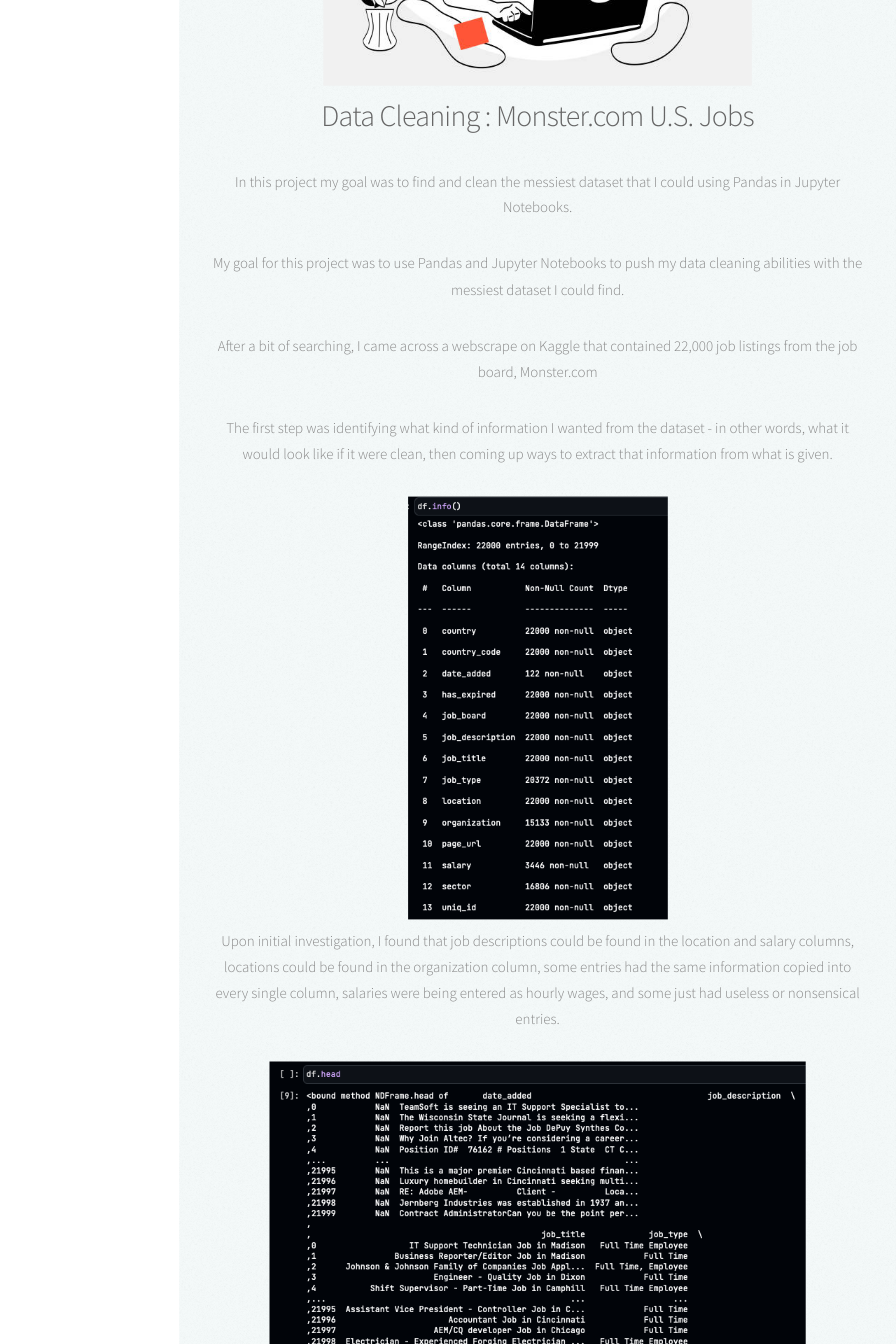
Repository: VictoriaTCNguyen/VictoriaTCNguyen
Page: index.html
These files come from the project's save history. The page is drawn as it stood at one moment and after the next save; the edit follows.
The browser window is 1280 px wide. The pictures show the part of the page from y = 809 to 2729 px (the page is 12324 px tall before and 12207 px after), at 70% of full size.

Above is the page before, as saved 2023-06-13 18:56:33.

### index.html
<!DOCTYPE HTML>
<!--
	Prologue by HTML5 UP
	html5up.net | @ajlkn
	Free for personal and commercial use under the CCA 3.0 license (html5up.net/license)
-->
<html>
	<head>
		<title>Victoria Nguyen's Portfolio </title>
		<meta charset="utf-8" />
		<meta name="viewport" content="width=device-width, initial-scale=1, user-scalable=no" />
		<link rel="stylesheet" href="assets/css/main.css" />
		<link rel="icon" href="/images/woman-technologist-light-skin-tone_1f469-1f3fb-200d-1f4bb.png">
	</head>
	<body class="is-preload">

		<!-- Header -->
			<div id="header">

				<div class="top">

					<!-- Logo -->
						<div id="logo">
							<span class="image avatar48"><img src="images/VN_LinkedIn.jpg" alt="" /></span>
							<h1 id="title">Victoria Nguyen</h1>
							<p>Data Analyst</p>
						</div>

					<!-- Nav -->
						<nav id="nav">
							<ul>
								<li><a href="#top" id="top-link"><span class="icon solid fa-home">Intro</span></a></li>
								<li><a href="#portfolio" id="portfolio-link"><span class="icon solid fa-th">Python: Monster Jobs </span></a></li>
								<li><a href="#portfolio2" id="portfolio-link"><span class="icon solid fa-th">R: Consumer Traits in Buying Fruits </span></a></li>
								<li><a href="#portfolio3" id="portfolio-link"><span class="icon solid fa-th">Python: Predicting Airline Customer Satisfaction</span></a></li>
								<li><a href="#portfolio4" id="portfolio-link"><span class="icon solid fa-th">Tableau Dashboard: Video Game Sales </span></a></li>
								<li><a href="#resume" id="resume-link"><span class="icon solid fa-paperclip">Resume</span></a></li>
								<li><a href="#about" id="about-link"><span class="icon solid fa-user">About Me</span></a></li>
								<li><a href="#contact" id="contact-link"><span class="icon solid fa-envelope">Contact</span></a></li>
							</ul>
						</nav>

				</div>

				<div class="bottom">

					<!-- Social Icons -->
						<ul class="icons">
							<li><a href="#" class="icon brands fa-github"><span class="label">Github</span></a></li>
							<li><a href="#" class="icon solid fa-envelope"><span class="label">Email</span></a></li>
						</ul>

				</div>

			</div>

		<!-- Main -->
			<div id="main">

				<!-- Intro -->
					<section id="top" class="one dark cover">
						<div class="container">

							<header>
								<h2 class="alt">Hi! I'm <strong>Victoria Nguyen.</strong> </h2>
								<p>Proficient in R, Python, SQL, & Excel.</p>
							</header>

							<footer>
								<a href="#portfolio" class="button scrolly">View my Portfolio</a>
							</footer>

						</div>
					</section>


				<!-- Portfolio1 -->
				<section id="portfolio" class="two">
					<div class="container">

						<header>
							<img src="images/istockphoto-1411855202-612x612.jpg" alt="Image of Kaggle dataset">
							<h2>Data Cleaning : Monster.com U.S. Jobs</h2>
						</header>

						<p>In this project my goal was to find and clean the messiest dataset that I could using Pandas in Jupyter Notebooks.</p>

						<div class="center">
							<div class="col-4 col-12-mobile">

								<p> My goal for this project was to use Pandas and Jupyter Notebooks to push my data cleaning abilities with the messiest
									dataset I could find.</p>

								<p> After a bit of searching, I came across a webscrape on Kaggle that contained 22,000 job listings from the job board,
									Monster.com</p>

								<p> The first step was identifying what kind of information I wanted from the dataset - in other words, what it would look
									like if it were clean, then coming up ways to extract that information from what is given. </p>

								<img src="images/1a.png" alt="">

								<p>Upon initial investigation, I found that job descriptions could be found in the location and salary columns, locations
									could be found in the organization column, some entries had the same information copied into every single column, salaries
									were being entered as hourly wages, and some just had useless or nonsensical entries.  </p>

									<img src="images/1c.png" alt="">

								<p>The first issue I decided to tackle was the one I see most commonly in datasets: that multiple variables are being put into
									 the same column and need to be parsed into their own, proper variables. The ‘job_types’ variable had two separate ways of
									 distinguishing jobs from each other: full time vs. part time, and contract vs. employee. Other than that, this column was
									 nicely formatted and all I needed to do was pull the right substrings from each of them. </p>

								<img src="images/1b.png" alt="">

								<p>Next, I tackled the locations column, which quickly proved to be the most difficult.  A good chunk of these were just entire
									 job descriptions pasted in. My first idea was to shave off unwanted entries. As far as I’m aware, most location names
									 could be spelled out in 50 characters or less. In addition, if an entire job description was pasted into this column,
									  there would usually be a title, so I also searched for “Location:” in the longer entries. </p>

								<img src="images/1d.png" alt="">

								<p>After extracting the location from each of the job entries, I decided to pull the state & zip code from each location. </p>

								<img src="images/1e.png" alt="">

								<p>I then ran into an unexpected issue. Because state names are entered either by spelling out their full name or by their two
									letter abbreviation, I thought I could simply search for any substring containing the abbreviated state names. However,
									 many job descriptions would use capital letters in one way or another - whether it was the entire job description being
									 capitalized or using capitalization to emphasize whole words or titles. Either way, I had to find a way around it. Thus,
									  I used regex to find the two capital letters together with non-capital characters before and after.
								</p>
								<img src="images/1f.png" alt="">

								<p>Now that the states were sorted, I moved onto the zipcodes. Thankfully, from the previous step, I was able to tinker with
									a regex and similarly used one to pull strings containing five consecutive digits. This also kept me from accidentally
									pulling any phone numbers that made it into this column. </p>

								<img src="images/1g.png" alt="">

								<p>The last bulk of my work was fixing the salary column. I had my work set out for me because I could see that it was a
									jumble of salaries, hourly wages, vague descriptions of what their compensation might be, or just other benefits that
									didn’t help candidates understand what pay they should be expecting. </p>

								<img src="images/1h.png" alt="">

								<p>I extracted all entries that mentioned “yearly” and “hourly”, and swapped the hourly salaries that were too outrageous
									 to be true to yearly salaries, and vice-versa. I then shaved off excess characters to get plain numbers, then converted
									 hourly wages to salaries. </p>

								<img src="images/1i.png" alt="">

								<p> Finally, the data was ready to be analyzed.</p>

								<img src="images/1j.png" alt="">

								<p></a></p>
							</div>
						</div>

					</div>
				</section>

				<!-- Portfolio2 -->
				<section id="portfolio2" class="two">
					<div class="container">

						<header>
							<h2>Consumer Traits in Buying Fruits</h2>
						</header>

						<p>
							The following is a presentation for STAT 167: Introduction to Data Science, where my partners and I conducted analysis on
							the consumer traits in relation to buying fruit.
						</p>

						<p>

							This involved using ANOVA, Kruskall Wallis, and chi-squared testing, as well as using logistic regression to find which characteristics
							are important when observing which customers purchased more fruit.

							<object data="/images/CustomerTraits in Purchasing Fruits.pdf" type="application/pdf" width="100%" height="500px">
								<p>Unable to display PDF file. <a href="/images/CustomerTraits in Purchasing Fruits.pdf">Download</a> instead.</p>
							  </object>

						</p>

						<div class="center" style = text-align:left;>
							<div class="col-4 col-12-mobile">

							</div>
						</div>

					</div>
				</section>

				<!-- Portfolio3 -->
				<section id="portfolio3" class="two">
					<div class="container">

						<header>
							<img src="/images/air-flights-concept-people-exit-from-airplane-go-towards-airport-terminal-group-business-people-tourists-with-luggage-men-women-near-arrived-plane-cartoon-flat-vector-illustration_165932-136.avif"
							alt="Image of Kaggle dataset"
							width="800"
     						height="400">
							<h2>Predicting Airline Customer Satisfaction</h2>
						</header>

						<p>
							In this project, I wanted to explore airline customer satisfaction data in hopes to gain a further understanding of
							what kind of information air travel businesses are interested in as well as further practicing my capabilities with data visualization
							and machine learning in Python.
						</p>

						<object data="/images/PredictingAirlineCustomerSatisfaction.pdf" type="application/pdf" width="100%" height="500px">
							<p>Unable to display PDF file. <a href="/images/PredictingAirlineCustomerSatisfaction.pdf">Download</a> instead.</p>
						  </object>

						<div class="center" style = text-align:left;>
							<div class="col-4 col-12-mobile">

							</div>
						</div>

					</div>
				</section>

				<!-- Portfolio4 -->
				<section id="portfolio4" class="two">
					<div class="container">

						<header>
							<img src="/images/istockphoto-1366567982-612x612.jpg" alt="Image of Kaggle dataset">
							<h2>Tableau Dashboard: Video Game Sales</h2>
						</header>

						<p> Video games have been a passion of mine since I was young. Even as I got older and took on more responsibilities that kept me from gaming with my
							brothers for hours, I would still keep an eye on what games were coming out to see what we would play next.
						</p>

						<p>
							Having played games for so long, I have basically watched the gaming landscape change around me throughout my life. I saw consoles come and go, huge
							companies merge,
							 and trends change between different genres and monetization methods.</p>

						<p>
							Because of this, I decided I wanted to make a dashboard that almost acted like an interactive time capsule for video games.
							While it lacks the context that a full timeline could provide, this dashboard allows the user to more easily visualize how
							video game sales for certain titles and categories compared to others during their release.
						</p>

						<p>
							To allow users to refine the results to their own interests, I made it so the dashboard could be filtered by different date
							frames, publishers, and game genres to get a better look at what was popular during different eras, rather than just an overall look at sales.
						</p>

						<p><div class='tableauPlaceholder' id='viz1686099189806' style='position: relative'><noscript><a href='#'><img alt='Dashboard 1 ' src='https:&#47;&#47;public.tableau.com&#47;static&#47;images&#47;VG&#47;VGSales_16860990043510&#47;Dashboard1&#47;1_rss.png' style='border: none' /></a></noscript><object class='tableauViz'  style='display:none;'><param name='host_url' value='https%3A%2F%2Fpublic.tableau.com%2F' /> <param name='embed_code_version' value='3' /> <param name='site_root' value='' /><param name='name' value='VGSales_16860990043510&#47;Dashboard1' /><param name='tabs' value='no' /><param name='toolbar' value='yes' /><param name='static_image' value='https:&#47;&#47;public.tableau.com&#47;static&#47;images&#47;VG&#47;VGSales_16860990043510&#47;Dashboard1&#47;1.png' /> <param name='animate_transition' value='yes' /><param name='display_static_image' value='yes' /><param name='display_spinner' value='yes' /><param name='display_overlay' value='yes' /><param name='display_count' value='yes' /><param name='language' value='en-US' /><param name='filter' value='publish=yes' /></object></div>                <script type='text/javascript'>                    var divElement = document.getElementById('viz1686099189806');                    var vizElement = divElement.getElementsByTagName('object')[0];                    if ( divElement.offsetWidth > 800 ) { vizElement.style.width='1000px';vizElement.style.height='1227px';} else if ( divElement.offsetWidth > 500 ) { vizElement.style.width='1000px';vizElement.style.height='1227px';} else { vizElement.style.width='100%';vizElement.style.height='1577px';}                     var scriptElement = document.createElement('script');                    scriptElement.src = 'https://public.tableau.com/javascripts/api/viz_v1.js';                    vizElement.parentNode.insertBefore(scriptElement, vizElement);                </script></p>

						<div class="center" style = text-align:left;>
							<div class="col-4 col-12-mobile">

							</div>
						</div>

					</div>
				</section>

				<!-- Resume -->
				<section id="resume" class="three">
					<div class="container">

						<header>
							<h2><a href="images/VictoriaNguyen_Resume_2023.pdf" download>Click here to download my resume!</a></h2>
						</header>


					</div>
				</section>

				<!-- About Me -->
					<section id="about" class="three">
						<div class="container">

							<header>
								<h2>About Me</h2>
							</header>



							<p>

								<a href="#" class="image featured"><img src="images/Victoria_Osaka2.jpg"
									alt="Me in Osaka, April 2023. I was lucky enough to visit while the cherry blossoms were in full bloom!"/>
								</a>

								My name is Victoria Nguyen. Data analysis and vizualition are just two of the many things I'm passionate about.
								Whether I'm using spreadsheets to optimize my workout routine or using it to observe consumer habits,
								I love using data to enhance the way I look at the world.
							</p>

							<p>
								Outside of data analytics, I love to travel, cook, discuss all things media, play video games,
								 & live an active lifestyle.
							</p>

						</div>
					</section>

				<!-- Contact -->
					<section id="contact" class="four">
						<div class="container">

							<header>
								<h2>Contact</h2>
							</header>

							<p>
								You can contact me through my email: victoriatcnguyen@gmail.com
							</p>
							<p></p>
								Alternatively, you can connect with me through these links: <a href="https://github.com/VictoriaTCNguyen">GitHub</a>, <a href="https://www.linkedin.com/in/victoriatcnguyen/">LinkedIn</a>.
							</p>

						</div>
					</section>

			</div>

		<!-- Footer -->
			<div id="footer">

				<!-- Copyright -->
					<ul class="copyright">
						<li>&copy; Untitled. All rights reserved.</li><li>Design: <a href="http://html5up.net">HTML5 UP</a></li>
					</ul>

			</div>

		<!-- Scripts -->
			<script src="assets/js/jquery.min.js"></script>
			<script src="assets/js/jquery.scrolly.min.js"></script>
			<script src="assets/js/jquery.scrollex.min.js"></script>
			<script src="assets/js/browser.min.js"></script>
			<script src="assets/js/breakpoints.min.js"></script>
			<script src="assets/js/util.js"></script>
			<script src="assets/js/main.js"></script>

	</body>
</html>

Loaded but not shown: assets/css/fontawesome-all.min.css (library); assets/js/jquery.min.js (library); assets/js/jquery.scrolly.min.js (common file); assets/js/jquery.scrollex.min.js (common file); assets/js/browser.min.js (common file); assets/js/breakpoints.min.js (common file); assets/js/util.js (587 lines, source omitted); assets/js/main.js (123 lines, source omitted); assets/css/main.css (2633 lines, source omitted)

After the next save:
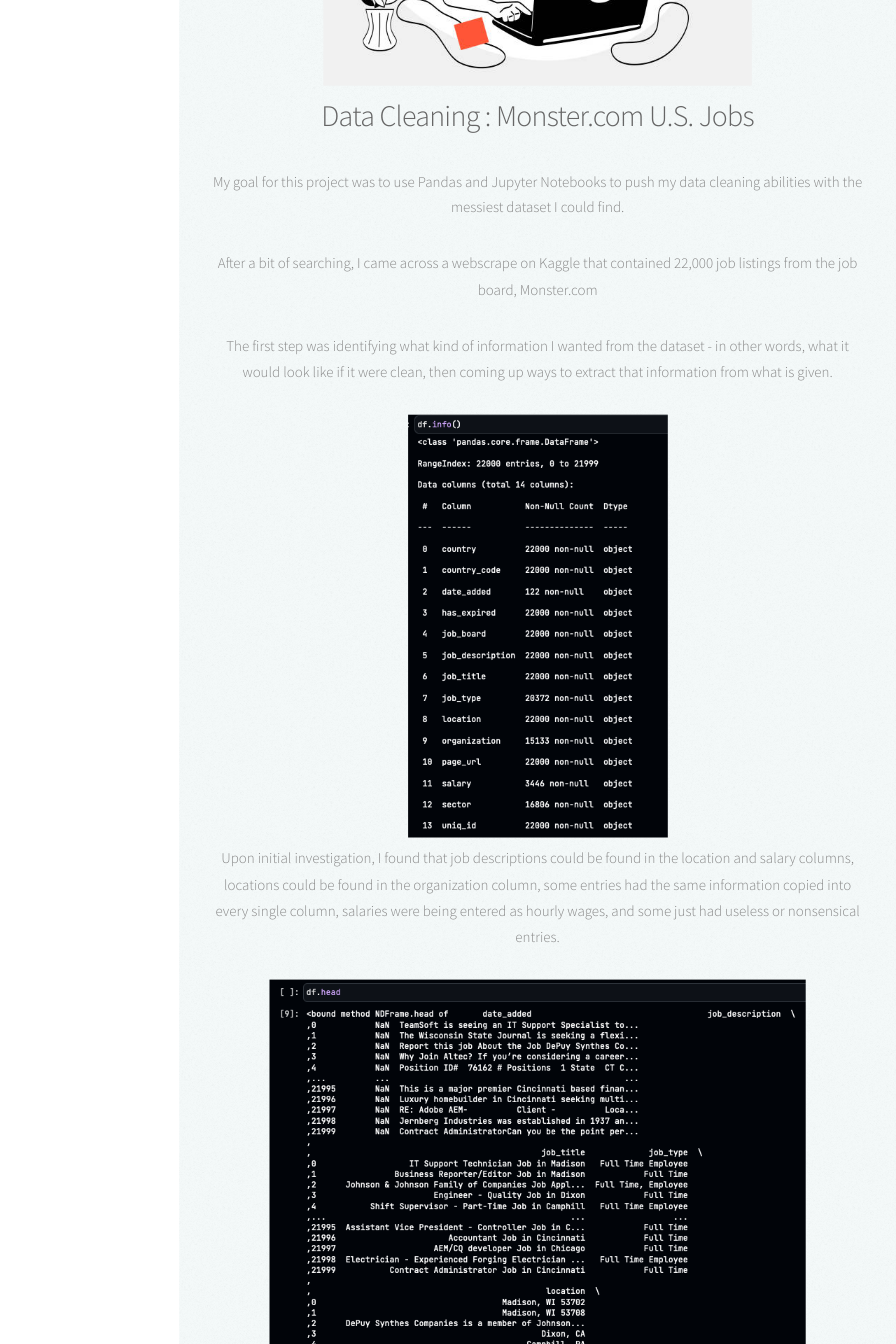
Saved 91 min 14 s later.
--- a/index.html
+++ b/index.html
@@ -83,8 +83,6 @@
 							<h2>Data Cleaning : Monster.com U.S. Jobs</h2>
 						</header>
 
-						<p>In this project my goal was to find and clean the messiest dataset that I could using Pandas in Jupyter Notebooks.</p>
-
 						<div class="center">
 							<div class="col-4 col-12-mobile">
 
